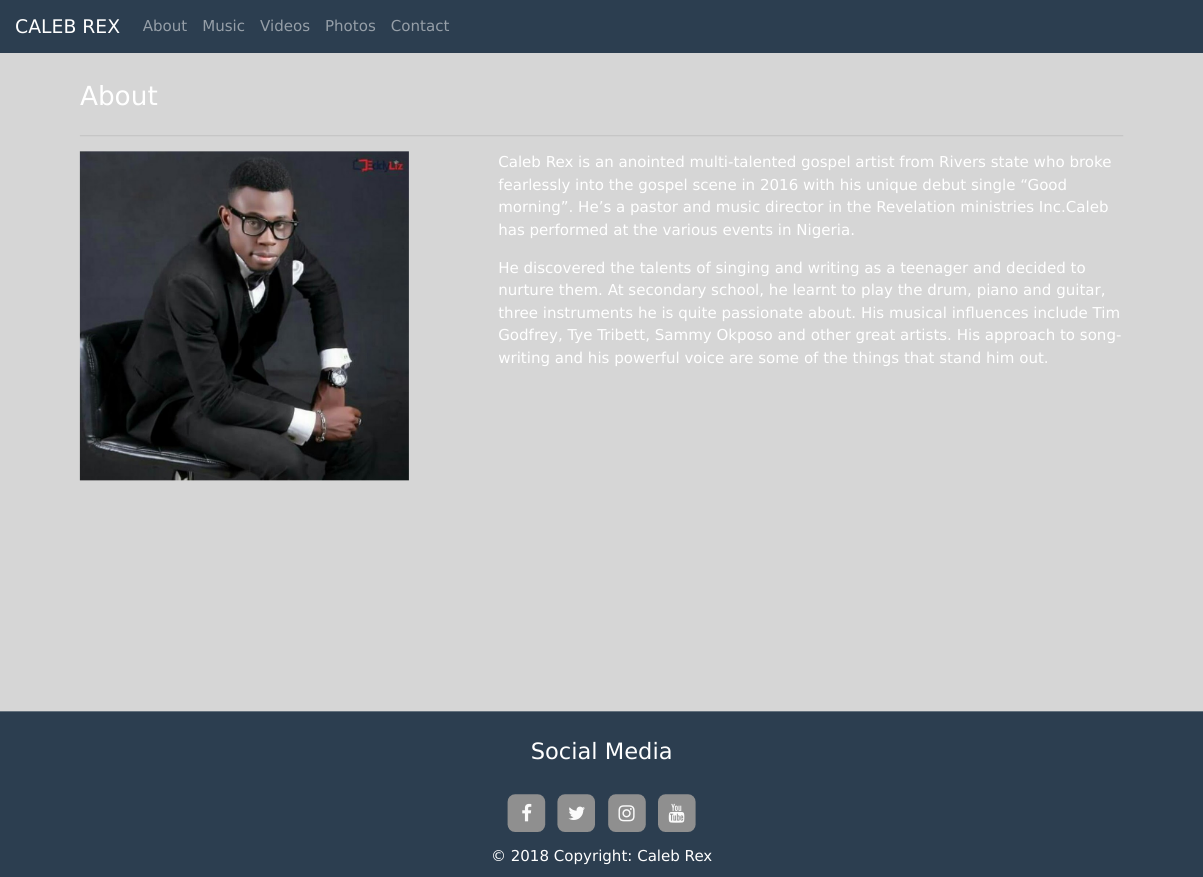
Repository: IchaTreasure/caleb-rex
Page: about.html
The author's editor kept a record of every edit. The page is drawn from the files as they stood at one moment, then again after the next edit.
The browser window is 1280 px wide. The pictures show the whole page, at 94% of full size.
Some web libraries are served in a nearby version.

Above is the page before.

### about.html
<!DOCTYPE html>
<html lang="en">

<head>
  <meta charset="UTF-8">
  <meta name="viewport" content="width=device-width, initial-scale=1.0">
  <meta http-equiv="X-UA-Compatible" content="ie=edge">
  <link rel="stylesheet" href="https://maxcdn.bootstrapcdn.com/bootstrap/4.1.3/css/bootstrap.min.css">
  <link rel="stylesheet" href="https://use.fontawesome.com/releases/v5.6.1/css/all.css" integrity="sha384-gfdkjb5BdAXd+lj+gudLWI+BXq4IuLW5IT+brZEZsLFm++aCMlF1V92rMkPaX4PP" crossorigin="anonymous">
  <link rel="stylesheet" href="https://stackpath.bootstrapcdn.com/bootstrap/4.3.1/css/bootstrap.min.css" type="text/css" />
  <link rel="stylesheet" href="https://stackpath.bootstrapcdn.com/font-awesome/4.7.0/css/font-awesome.min.css" type="text/css" />
  <link rel="stylesheet" href="https://cdnjs.cloudflare.com/ajax/libs/hover.css/2.3.1/css/hover-min.css" type="text/css" />
  <link href="https://fonts.googleapis.com/css?family=Roboto:400,700" rel="stylesheet">
  <link rel="stylesheet" href="css/style.css" type="text/css" />
  <title>Caleb Rex</title>
</head>

<body style="background-color: #2c3e50">
  <!-- ------------------------------------------------------------------------------------------------------Navigation Bar -->
  <nav class="navbar navbar-expand-md navbar-dark fixed-top" style="background-color: #2c3e50">
    <a class="navbar-brand" href="index.html">CALEB REX</a>
    <button class="navbar-toggler" type="button" data-toggle="collapse" data-target="#navbarsExampleDefault" aria-controls="navbarsExampleDefault" aria-expanded="false" aria-label="Toggle navigation">
    <span class="navbar-toggler-icon"></span>
  </button>

    <div class="collapse navbar-collapse" id="navbarsExampleDefault">
      <ul class="navbar-nav mr-auto">
        <li class="nav-item right" data-toggle="collapse" data-target=".navbar-collapse.show">
          <a class="nav-link" href="about.html">About</a>
        </li>
        <li class="nav-item right" data-toggle="collapse" data-target=".navbar-collapse.show">
          <a class="nav-link" href="music.html">Music</a>
        </li>
        <li class="nav-item right" data-toggle="collapse" data-target=".navbar-collapse.show">
          <a class="nav-link" href="videos.html">Videos</a>
        </li>
        <li class="nav-item right" data-toggle="collapse" data-target=".navbar-collapse.show">
          <a class="nav-link" href="photos.html">Photos</a>
        </li>
        <li class="nav-item right" data-toggle="collapse" data-target=".navbar-collapse.show">
          <a class="nav-link" href="contact.html">Contact</a>
        </li>
      </ul>
    </div>
  </nav>


  <!-- About section -->
  <section style="background-color: #D6D6D6">
    <!-- Page Content -->
    <div class="container" Style="padding-top: 30px">
      <div class="row">
        <h3 style="padding-left: 15px">About</h3>
      </div>
      <hr>
      <div class="row">
        <div class="col-md-4 mb-5">
          <img src="images/About-Caleb.jpg" Style="width: 100%"></img>
        </div>
        <div class="col-md-8 mb-5" Style="padding-left: 80px; padding-bottom: 300px;">
          <p>Caleb Rex is an anointed multi-talented gospel artist from Rivers state who broke fearlessly into the gospel scene in 2016 with his unique debut single “Good morning”. He’s a pastor and music director in the Revelation ministries Inc.Caleb has
            performed at the various events in Nigeria.</p>

          <p>He discovered the talents of singing and writing as a teenager and decided to nurture them. At secondary school, he learnt to play the drum, piano and guitar, three instruments he is quite passionate about. His musical influences include Tim
            Godfrey, Tye Tribett, Sammy Okposo and other great artists. His approach to song-writing and his powerful voice are some of the things that stand him out.</p>

        </div>
      </div>
    </div>
  </section>

  <!-- Footer -->
  <footer class="py-1" style="background-color: #2c3e50; text-align: center;">
    <div class="container">
      <br>
      <h4 style = "color: white">Social Media</h4>
      <br>
      <ul class="list-inline social-links">
        <li class="list-inline-item">
          <a target="_blank" href="https://www.facebook.com/caleb.rex.96"><i class = " fa fa-facebook" aria-hidden="true"></i><span class = "sr-only">Facebook</span></a>
        </li>
        <li class="list-inline-item">
          <a target="_blank" href="https://twitter.com/calebrex01"><i class = " fa fa-twitter" aria-hidden="true"></i><span class = "sr-only">Twitter</span></a>
        </li>
        <li class="list-inline-item">
          <a target="_blank" href="https://www.instagram.com/caleb.rex01/"><i class = " fa fa-instagram" aria-hidden="true"></i><span class = "sr-only">Instagram</span></a>
        </li>
        <li class="list-inline-item">
          <a target="_blank" href="https://www.youtube.com/channel/UC_B7e65upco510Sio9dZJhg"><i class = " fa fa-youtube" aria-hidden="true"></i><span class = "sr-only">Youtube</span></a>
        </li>
      </ul>
    </div>

    <h6 style="text-align: center; color: white;">© 2018 Copyright: Caleb Rex</h6>
    <!-- /.container -->
  </footer>
  <!-- Bootstrap core JavaScript -->
  <script src="https://code.jquery.com/jquery-3.3.1.slim.min.js" integrity="sha384-q8i/X+965DzO0rT7abK41JStQIAqVgRVzpbzo5smXKp4YfRvH+8abtTE1Pi6jizo" crossorigin="anonymous"></script>
  <script src="https://cdnjs.cloudflare.com/ajax/libs/popper.js/1.14.7/umd/popper.min.js" integrity="sha384-UO2eT0CpHqdSJQ6hJty5KVphtPhzWj9WO1clHTMGa3JDZwrnQq4sF86dIHNDz0W1" crossorigin="anonymous"></script>
  <script src="https://stackpath.bootstrapcdn.com/bootstrap/4.3.1/js/bootstrap.min.js" integrity="sha384-JjSmVgyd0p3pXB1rRibZUAYoIIy6OrQ6VrjIEaFf/nJGzIxFDsf4x0xIM+B07jRM" crossorigin="anonymous"></script>

</body>

</html>

### css/style.css
/*---------------------------- css for body */
body {
  font-family: 'Lucida Grande', sans-serif;
  padding-top: 56px;
}

.active-page
{
  color: white !important ;
}

p{
	color: white;
}

h1, h2, h3, h4, h5, h6 {
	color: white;
}

label{
	color: white;
}

/*----------------------------------------- Modal Styling */
.modal-body{
    color: #615650;
    text-align: center;
}

.modal-content{
    background-color: #dbc7bd;
    padding: 20px;
}

.img-hover:hover{
    cursor: pointer;
    opacity: 0.6;
    transition: all 0.35s ease-in-out;
    -moz-transition: all 0.35s ease-in-out;
    -webkit-transition: all 0.35s ease-in-out;
    -o-transition: all 0.35s ease-in-out;
}

/*---------------------------- css for contact form: https://www.sanwebe.com/2014/08/css-html-forms-designs */
.form-style-1 {
	margin:10px auto;
	max-width: 400px;
	padding: 20px 12px 10px 20px;
	font: 13px "Lucida Sans Unicode", "Lucida Grande", sans-serif;
}
.form-style-1 li {
	padding: 0;
	display: block;
	list-style: none;
	margin: 10px 0 0 0;
}
.form-style-1 label{
	margin:0 0 3px 0;
	padding:0px;
	display:block;
	font-weight: bold;
}
.form-style-1 input[type=text],
.form-style-1 input[type=date],
.form-style-1 input[type=datetime],
.form-style-1 input[type=number],
.form-style-1 input[type=search],
.form-style-1 input[type=time],
.form-style-1 input[type=url],
.form-style-1 input[type=email],
textarea,
select{
	box-sizing: border-box;
	-webkit-box-sizing: border-box;
	-moz-box-sizing: border-box;
	border:1px solid #BEBEBE;
	padding: 7px;
	margin:0px;
	-webkit-transition: all 0.30s ease-in-out;
	-moz-transition: all 0.30s ease-in-out;
	-ms-transition: all 0.30s ease-in-out;
	-o-transition: all 0.30s ease-in-out;
	outline: none;
}

.form-style-1 input[type=text]:focus,
.form-style-1 input[type=date]:focus,
.form-style-1 input[type=datetime]:focus,
.form-style-1 input[type=number]:focus,
.form-style-1 input[type=search]:focus,
.form-style-1 input[type=time]:focus,
.form-style-1 input[type=url]:focus,
.form-style-1 input[type=email]:focus,
.form-style-1 textarea:focus,
.form-style-1 select:focus{
	-moz-box-shadow: 0 0 8px #88D5E9;
	-webkit-box-shadow: 0 0 8px #88D5E9;
	box-shadow: 0 0 8px #88D5E9;
	border: 1px solid #88D5E9;
}

.form-style-1 .field-divided{
	width: 49%;
}

.form-style-1 .field-long{
	width: 100%;
}
.form-style-1 .field-select{
	width: 100%;
}
.form-style-1 .field-textarea{
	height: 100px;
}
.form-style-1 input[type=submit], .form-style-1 input[type=button]{
	background: #4B99AD;
	padding: 8px 15px 8px 15px;
	border: none;
	color: #fff;
}

.form-style-1 input[type=submit]:hover, .form-style-1 input[type=button]:hover{
	background: #4691A4;
	box-shadow:none;
	-moz-box-shadow:none;
	-webkit-box-shadow:none;
}

.form-style-1 .required{
	color:red;
}

/*---------------------------- css for footer*/
footer {
  background-color: #7D0D11;
  color: black;
}

.social-links li a i {
  width: 40px;
  height: 40px;
  padding: 10px;
  border-radius: 20%;
  font-size: 20px;
  line-height: 20px;
  text-align: center;
  color: #fafafa;
  background: #8f8f8f;
  transition: all 0.35s ease-in-out;
  -moz-transition: all 0.35s ease-in-out;
  -webkit-transition: all 0.35s ease-in-out;
  -o-transition: all 0.35s ease-in-out;
}

.social-links li a i:hover {
  background: black;
}

After the next edit:
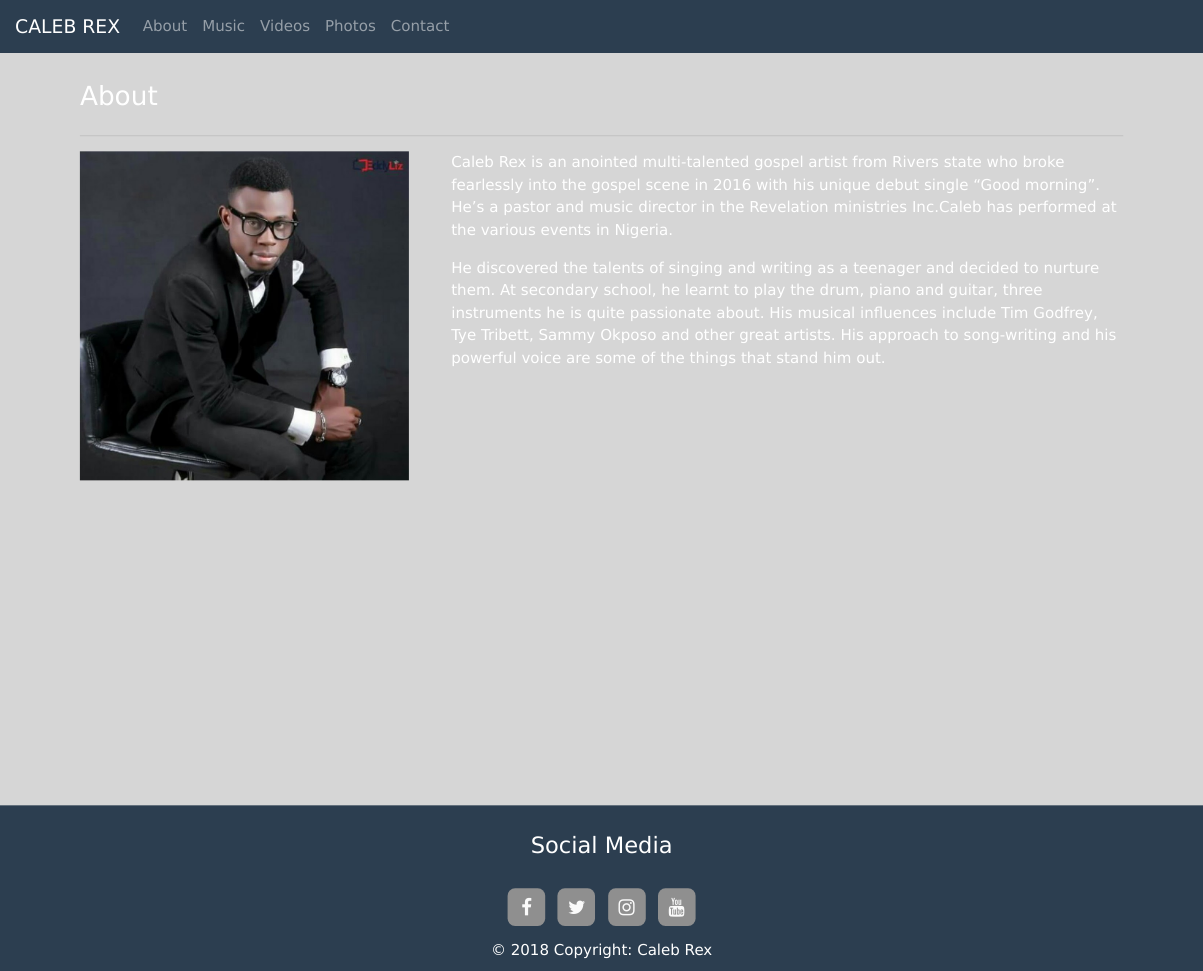
The edit:
--- a/about.html
+++ b/about.html
@@ -57,7 +57,7 @@
         <div class="col-md-4 mb-5">
           <img src="images/About-Caleb.jpg" Style="width: 100%"></img>
         </div>
-        <div class="col-md-8 mb-5" Style="padding-left: 80px; padding-bottom: 300px;">
+        <div class="col-md-8 mb-5" Style="padding-left: 30px; padding-bottom: 400px;">
           <p>Caleb Rex is an anointed multi-talented gospel artist from Rivers state who broke fearlessly into the gospel scene in 2016 with his unique debut single “Good morning”. He’s a pastor and music director in the Revelation ministries Inc.Caleb has
             performed at the various events in Nigeria.</p>
 
